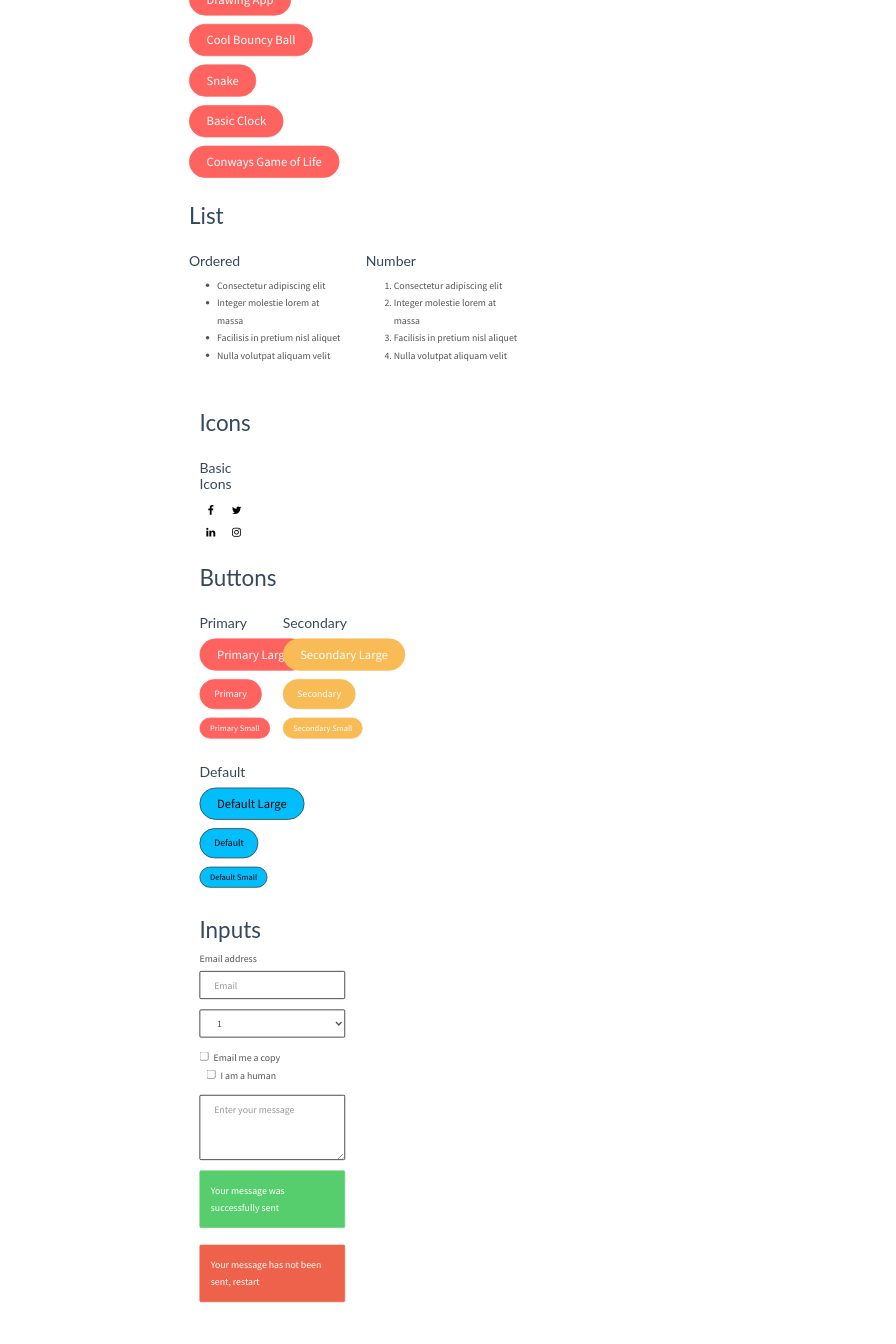
Repository: GamerThoe/GamerThoe.github.io
Page: components.html
The author's editor kept a record of every edit. The page is drawn from the files as they stood at one moment, then again after the next edit.
The browser window is 1280 px wide. The pictures show the part of the page from y = 1063 to 2983 px (the page is 2983 px tall before and 1900 px after), at 70% of full size.

Above is the page before.

After the next edit:
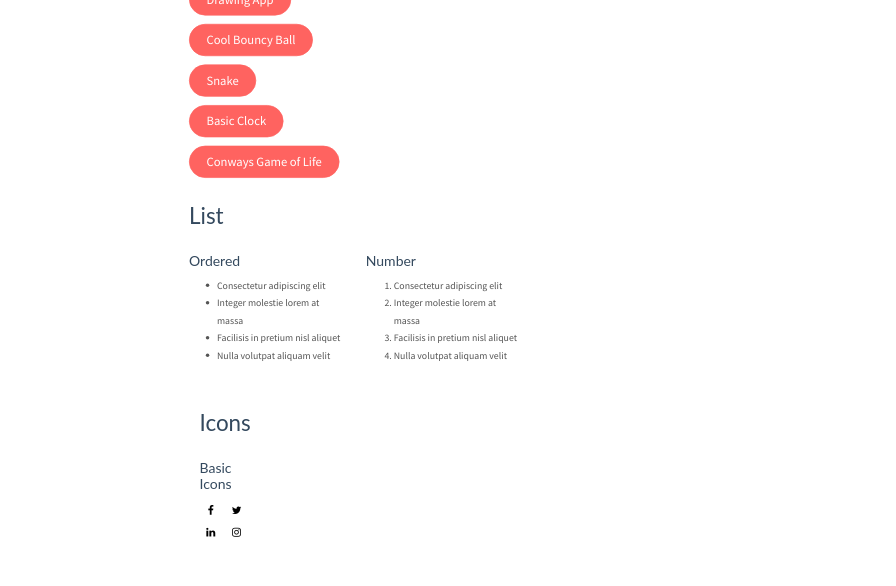
The edit:
--- a/components.html
+++ b/components.html
@@ -193,77 +193,7 @@
 
         </div>
 
-        <div class="template-example">
-          <h2 class="template-title-example">Buttons</h2>
-          <div class="row">
-            <div class="col-md-6">
-              <h3 class="template-title-example">Primary</h2>
-              <div class="row">
-                  <div class="col-md-6">
-                  <p><a href="" class="btn btn-primary btn-lg">Primary Large</a></p>
-                  <p><a href="" class="btn btn-primary">Primary </a></p>
-                  <p><a href="" class="btn btn-primary btn-sm">Primary Small</a></p>
-                </div>
-              </div>
-
-              <h3 class="template-title-example">Default</h2>
-              <div class="row">
-                  <div class="col-md-6">
-                  <p><a href="" class="btn btn-default btn-lg">Default Large</a></p>
-                  <p><a href="" class="btn btn-default">Default </a></p>
-                  <p><a href="" class="btn btn-default btn-sm">Default Small</a></p>
-                </div>
-              </div>
-
-            </div>
-
-            <div class="col-md-6">
-              <h3 class="template-title-example">Secondary</h2>
-              <div class="row">
-                  <div class="col-md-6">
-                  <p><a href="" class="btn btn-info btn-lg">Secondary Large</a></p>
-                  <p><a href="" class="btn btn-info">Secondary </a></p>
-                  <p><a href="" class="btn btn-info btn-sm">Secondary Small</a></p>
-                </div>
-              </div>
-            </div>
-          </div>
-        </div>
-
-        <div class="template-example">
-          <h2 class="template-title-example">Inputs</h2>
-
-            <div class="form-group">
-              <label for="exampleInputEmail1">Email address</label>
-              <input type="email" class="form-control" id="exampleInputEmail1" placeholder="Email">
-            </div>
-
-            <div class="form-group">
-              <select class="form-control">
-                <option>1</option>
-                <option>2</option>
-                <option>3</option>
-                <option>4</option>
-                <option>5</option>
-              </select>
-            </div>
-
-            <div class="form-group">
-              <label class="checkbox-inline">
-                <input
-                type="checkbox" id="inlineCheckbox1" value="option1"> Email me a copy
-              </label>
-              <label class="checkbox-inline">
-                <input type="checkbox" id="inlineCheckbox2" value="option2"> I am a human
-              </label>
-            </div>
-
-            <div class="form-group">
-              <textarea class="form-control" rows="3" placeholder="Enter your message"></textarea>
-            </div>
-
-            <div class="alert alert-success" role="alert">Your message was successfully sent</div>
-            <div class="alert alert-danger" role="alert">Your message has not been sent, restart</div>
+
         </div>
 
 
